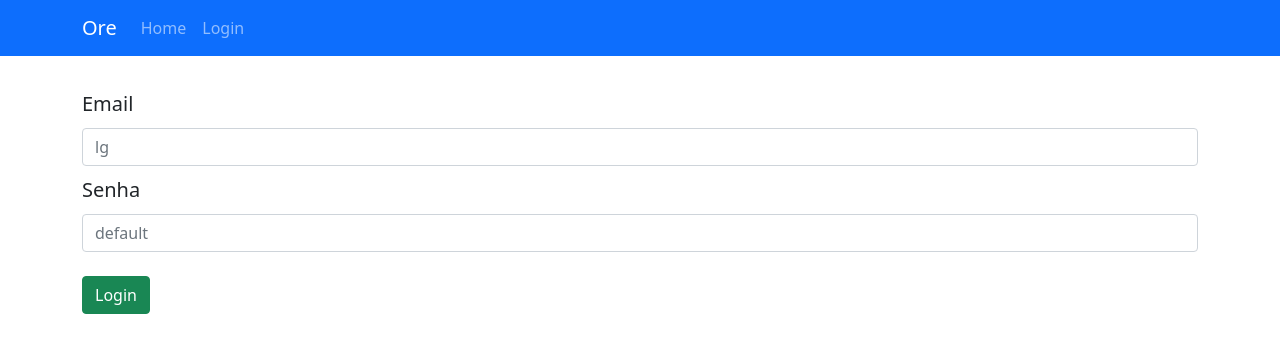
Repository: thf4/React-Front
Page: /login
The author's editor kept a copy of each file at every save. The page is drawn from the files as they stood at one save, then again after the next save.
The browser window is 1280 px wide. The pictures show the whole page.
The project was rebuilt for these pictures with package versions that can differ from the ones it lists, and the page was loaded fresh each time. Also part of the build but not shown: src/config/index.js, src/pages/Home/index.js, src/pages/Vizualizar/index.js, src/config/cadastrar.js, src/pages/Cadastrar/index.js, src/pages/Editar/index.js, src/pages/HomePage/index.js.

Above is the page before, as saved 2021-05-07 16:37:45.

After the next save:
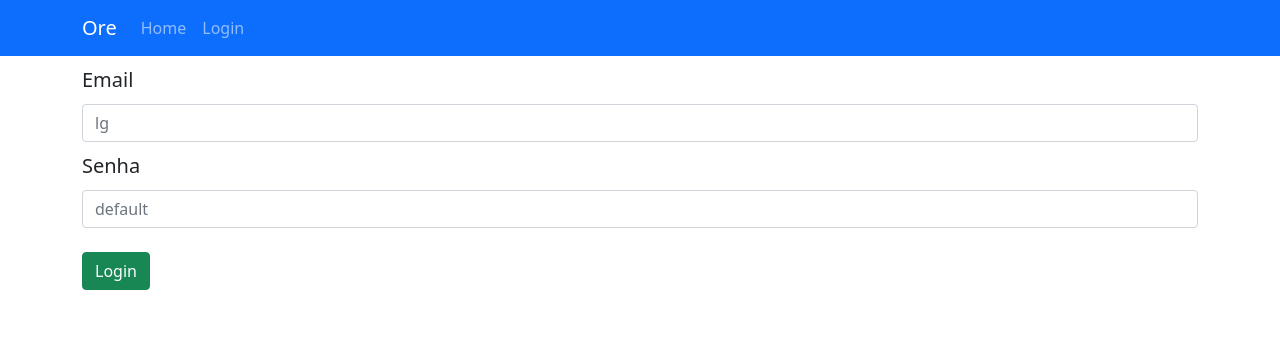
Saved 9 s later.
--- a/src/pages/Login/index.js
+++ b/src/pages/Login/index.js
@@ -13,7 +13,7 @@
     <Container>
       <Form>
         <Col>
-          <FormGroup className="mt-4 sm-4">
+          <FormGroup >
             <Label for="email" size="lg">
               Email
             </Label>

After the save that followed:
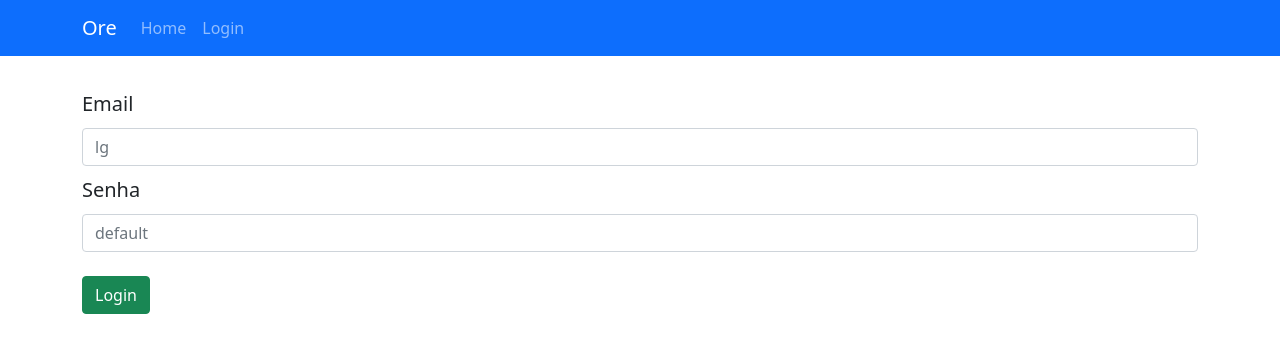
Saved 8 s later.
--- a/src/pages/Login/index.js
+++ b/src/pages/Login/index.js
@@ -11,7 +11,7 @@
 export const Login = (props) => {
   return (
     <Container>
-      <Form>
+      <Form className="mt-4">
         <Col>
           <FormGroup >
             <Label for="email" size="lg">
